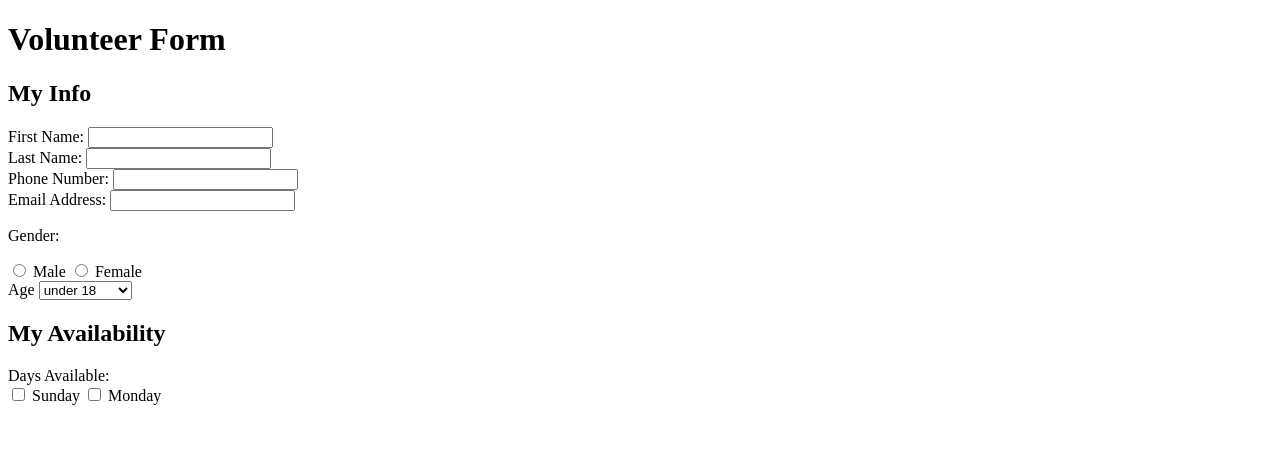
Repository: rishondass/ITMD361-Lab4
Page: index.html
These files come from the project's save history. The page is drawn as it stood at one moment and after the next save; the edit follows.
The browser window is 1280 px wide. The pictures show the whole page.

Above is the page before, as saved 2023-01-13 15:06:42.

After the next save:
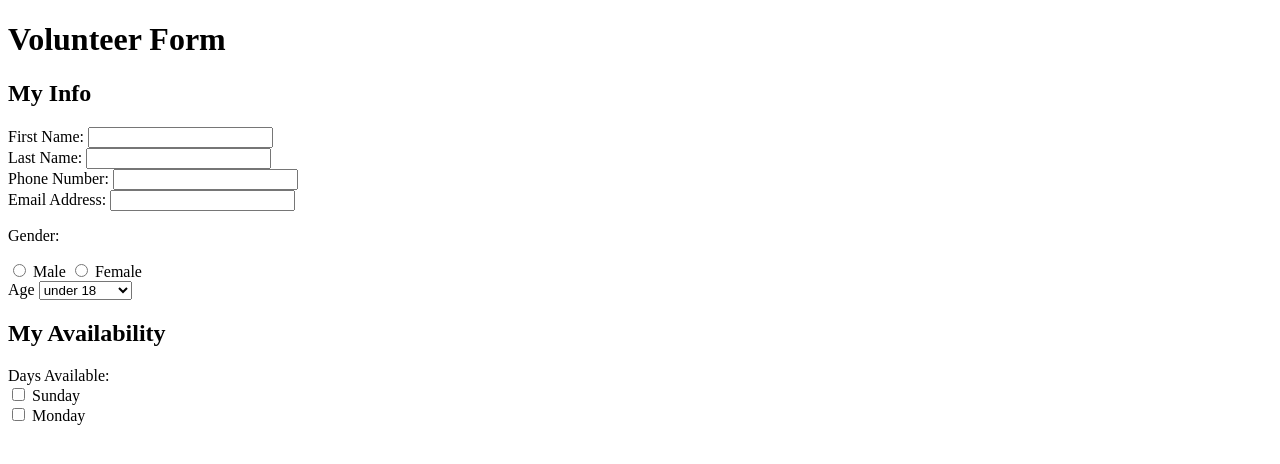
Saved 6 s later.
--- a/index.html
+++ b/index.html
@@ -56,10 +56,10 @@
             Days Available:
         </div>
         <div>
+            <input type="checkbox" name="available_field[]" value="Sunday">
+            <label for="available_field[]">Sunday</label>
+        </div>
 
-        </div>
-        <input type="checkbox" name="available_field[]" value="Sunday">
-        <label for="available_field[]">Sunday</label>
 
         <input type="checkbox" name="available_field[]" value="Monday">
         <label for="available_field[]">Monday</label>
